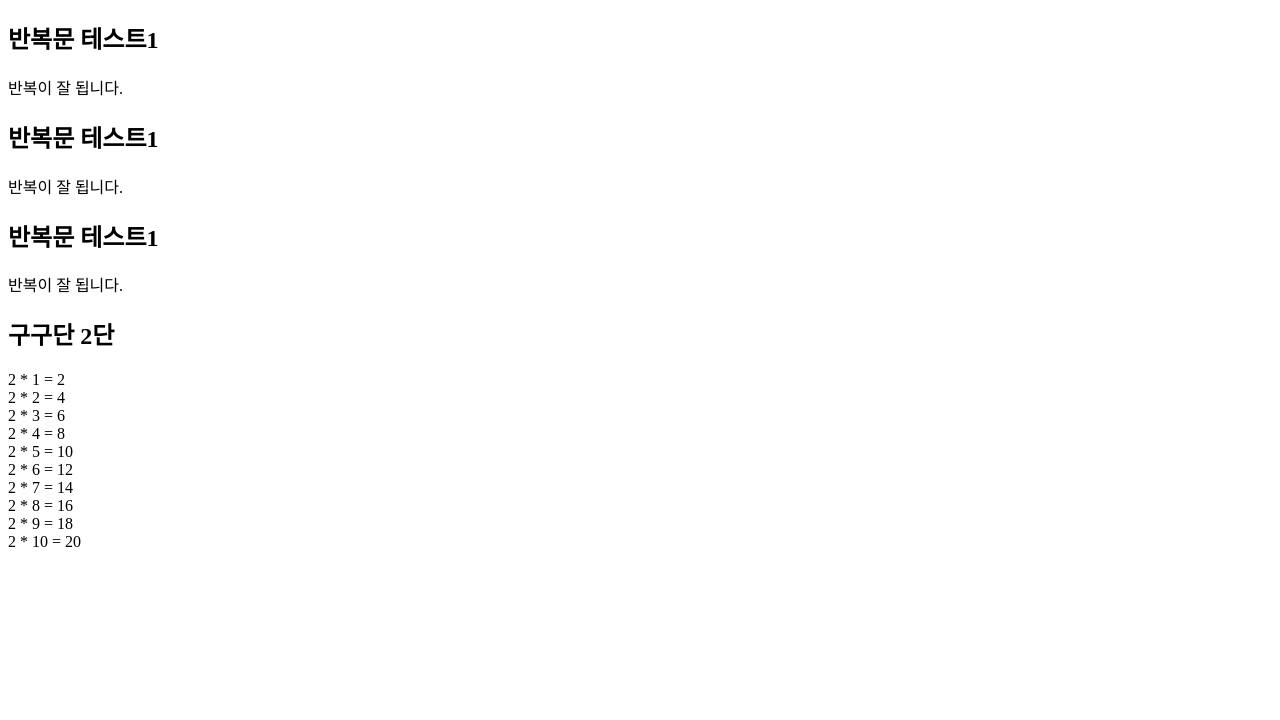
Repository: Kimhwawon/jsp_practice
Page: http://localhost/JSPBasic/JspTag/Scriptlet.jsp
These files come from the project's save history. The page is drawn as it stood at one moment and after the next save; the edit follows.
The browser window is 1280 px wide. The pictures show the whole page.
The page is served by Tomcat 9.

Above is the page before, as saved 2022-01-28 02:46:26.

After the next save:
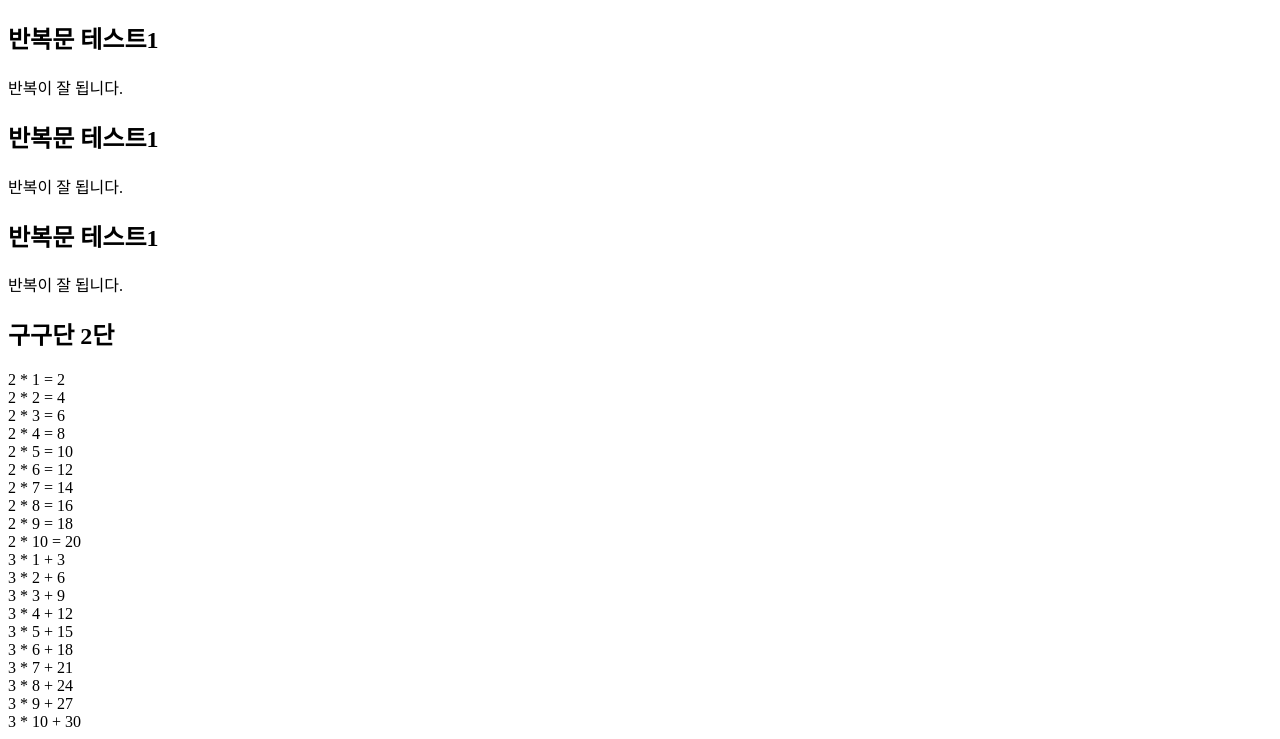
Saved 3 min 39 s later.
--- a/JSPBasic/src/main/webapp/JspTag/Scriptlet.jsp
+++ b/JSPBasic/src/main/webapp/JspTag/Scriptlet.jsp
@@ -26,5 +26,11 @@
 		out.println("2 * " + i + " = " + (2*i) + "<br/>");
 		}
 	 %>
+	 <!-- 2단 되신분들은 3단부터 나머지도 다 출력해주세요. -->
+	 <%
+	 	for(int i= 1; i <=10; i++){
+	 		out.println("3 * " + i + " + " + (3*i) + "<br/>");
+	 	}
+	 %>
 </body>
 </html>
